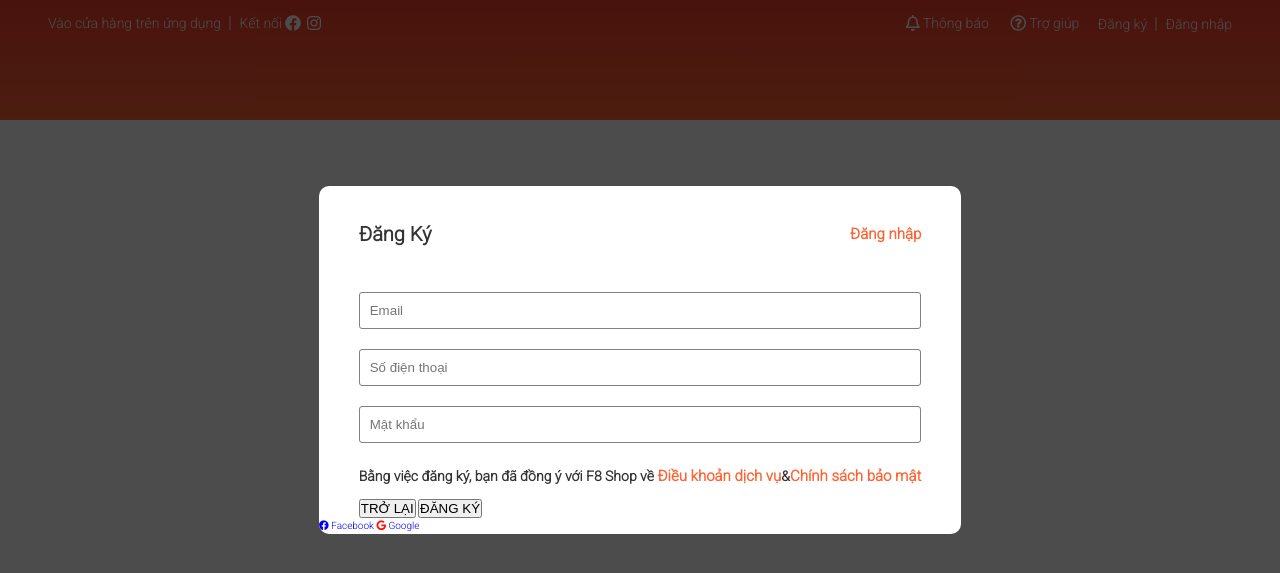
Repository: kebinh1235/Shopee-Demo
Page: index.html
These files come from the project's save history. The page is drawn as it stood at one moment and after a run of saves; the edit follows.
The browser window is 1280 px wide. The pictures show the whole page.

Above is the page before, as saved 2021-10-01 22:35:12.

After the next 2 saves:
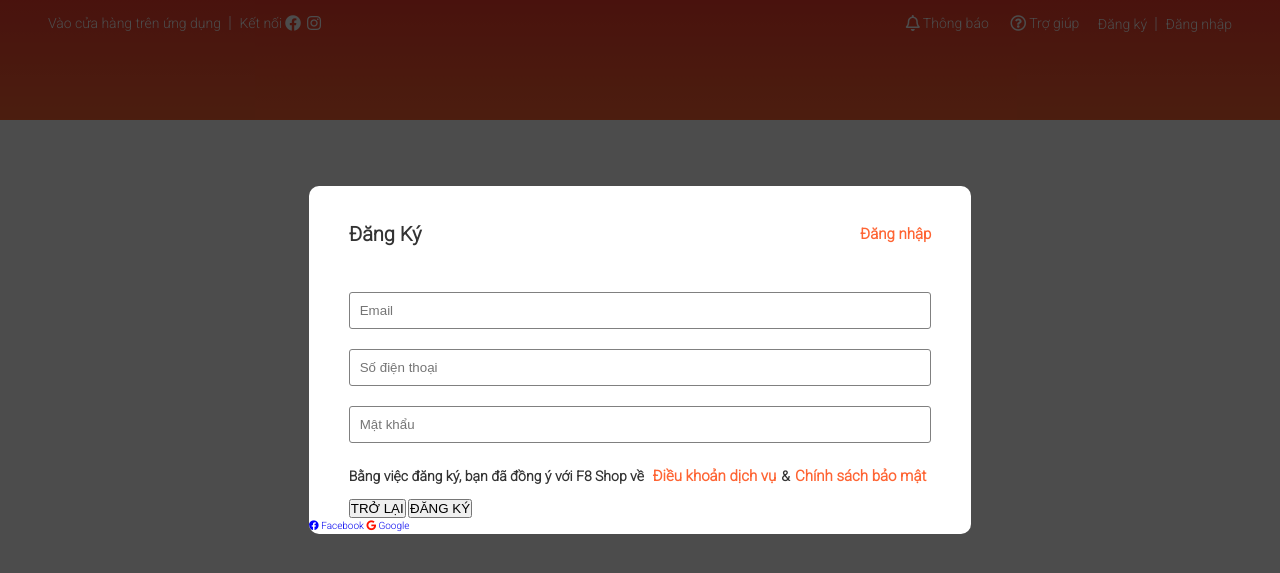
The 2 saves are shown as one change because they came seconds apart.
The last was saved 16 s later.
--- a/asset/css/main.css
+++ b/asset/css/main.css
@@ -265,6 +265,7 @@
 .auth__form-note-link {
   color: var(--primary-color);
   font-size: 1.5rem;
+  margin: 0 5px;
 }
 .auth__form-controls{
 
